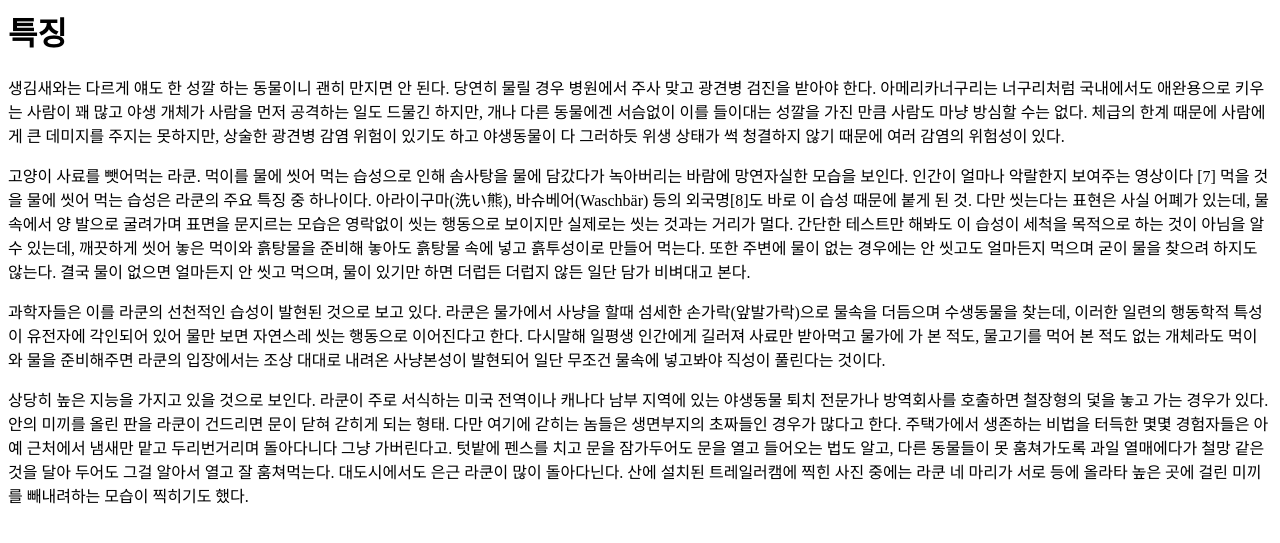
Repository: sangeun100/html
Page: http://localhost/about/about3
These files come from the project's save history. The page is drawn as it stood at one moment and after the next save; the edit follows.
The browser window is 1280 px wide. The pictures show the whole page.
The page is this project's Thymeleaf template; nobody is signed in. The template is opened directly, without the code that normally fills it, so the values that code supplies are empty.

Above is the page before, as saved 2022-05-24 06:02:38.

After the next save:
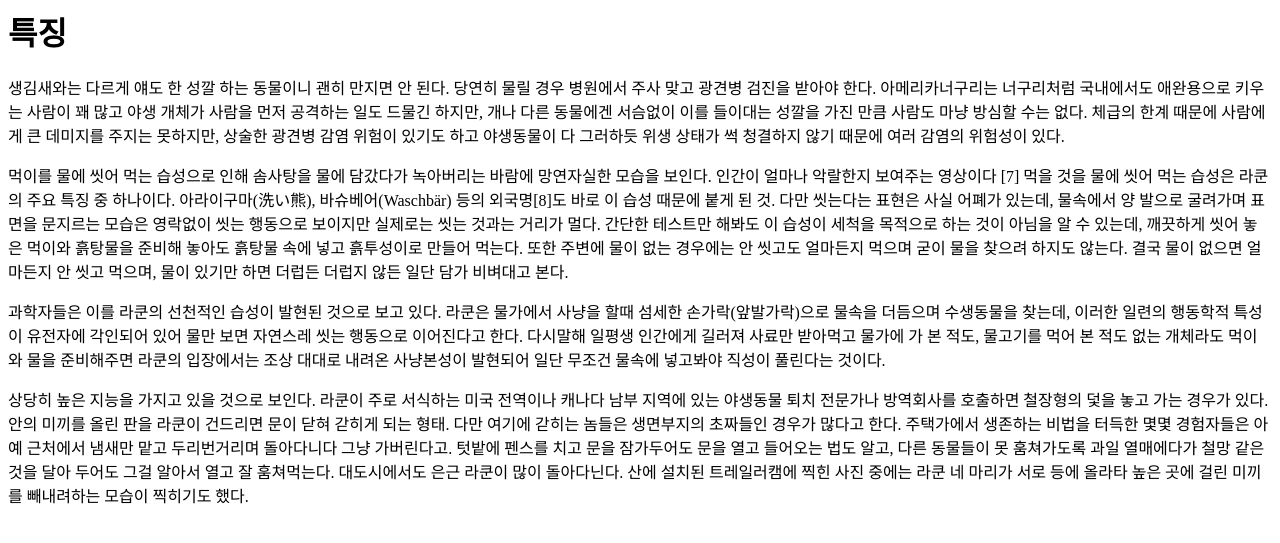
Saved 2 min 28 s later.
--- a/day061/src/main/resources/templates/about/about3.html
+++ b/day061/src/main/resources/templates/about/about3.html
@@ -8,12 +8,12 @@ $(document).ready(function () {
  -->
 <h1>특징</h1>
 <div>
-	<p>생김새와는 다르게 얘도 한 성깔 하는 동물이니 괜히 만지면 안 된다. 당연히 물릴 경우 병원에서 주사 맞고 광견병
+	    <p>생김새와는 다르게 얘도 한 성깔 하는 동물이니 괜히 만지면 안 된다. 당연히 물릴 경우 병원에서 주사 맞고 광견병
 		검진을 받아야 한다. 아메리카너구리는 너구리처럼 국내에서도 애완용으로 키우는 사람이 꽤 많고 야생 개체가 사람을 먼저 공격하는
 		일도 드물긴 하지만, 개나 다른 동물에겐 서슴없이 이를 들이대는 성깔을 가진 만큼 사람도 마냥 방심할 수는 없다. 체급의 한계
 		때문에 사람에게 큰 데미지를 주지는 못하지만, 상술한 광견병 감염 위험이 있기도 하고 야생동물이 다 그러하듯 위생 상태가 썩
 		청결하지 않기 때문에 여러 감염의 위험성이 있다.</p>
-		<p> 고양이 사료를 뺏어먹는 라쿤. 먹이를 물에 씻어 먹는 습성으로 인해 솜사탕을
+		<p>먹이를 물에 씻어 먹는 습성으로 인해 솜사탕을
 		물에 담갔다가 녹아버리는 바람에 망연자실한 모습을 보인다. 인간이 얼마나 악랄한지 보여주는 영상이다 [7] 먹을 것을 물에
 		씻어 먹는 습성은 라쿤의 주요 특징 중 하나이다. 아라이구마(洗い熊), 바슈베어(Waschbär) 등의 외국명[8]도 바로 이
 		습성 때문에 붙게 된 것. 다만 씻는다는 표현은 사실 어폐가 있는데, 물속에서 양 발으로 굴려가며 표면을 문지르는 모습은
